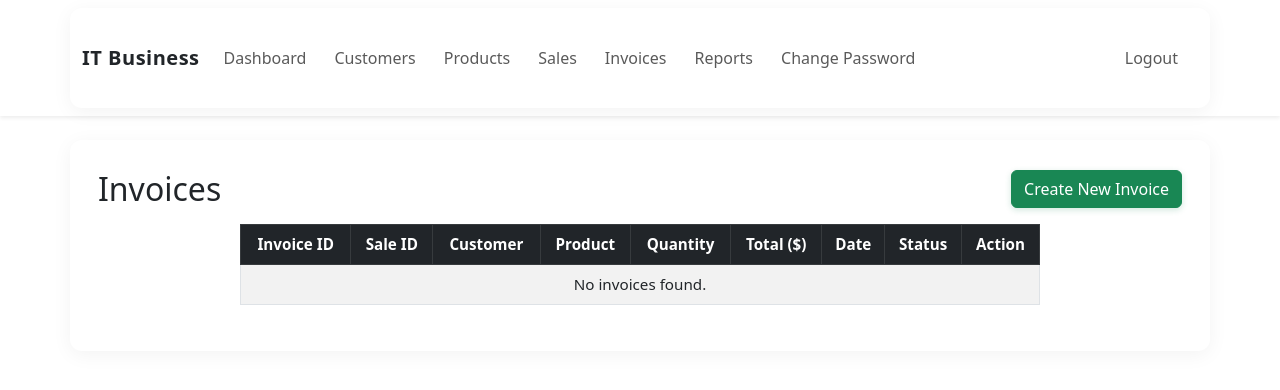
Repository: asmsaifulislam/it_business
Page: http://localhost/invoice
An editor plug-in stored every save of this project. The page is shown before and after a run of saves, followed by the edit.
The browser window is 1280 px wide. The pictures show the whole page.
The page is served by the project's application, run on Flask 3 (app.py). The session is filled in as if someone had signed in: {"user_id": 1}. Other server files are loaded and not shown. Queries for data that is not in the repository find no rows.

Above is the page before, as saved 2025-09-07 22:49:46.

### templates/invoice.html
{% extends 'base.html' %}

{% block content %}
<!-- Header and Button Row -->
<div class="d-flex justify-content-between align-items-center mb-3 px-3">
    <h2 class="mb-0">Invoices</h2>
    <a href="{{ url_for('create_invoice') }}" class="btn btn-success">Create New Invoice</a>
</div>

<!-- Responsive Table -->
<div class="table-responsive">
    <table class="table table-bordered table-hover table-striped text-center">
        <thead class="table-dark">
            <tr>
                <th>Invoice ID</th>
                <th>Sale ID</th>
                <th>Customer</th>
                <th>Product</th>
                <th>Quantity</th>
                <th>Total ($)</th>
                <th>Date</th>
                <th>Status</th>
                <th>Action</th>
            </tr>
        </thead>
        <tbody>
            {% for invoice in invoices %}
            <tr>
                <td>{{ invoice.id }}</td>
                <td>{{ invoice.sale.id if invoice.sale else 'N/A' }}</td>
                <td>{{ invoice.sale.customer.name if invoice.sale and invoice.sale.customer else 'N/A' }}</td>
                <td>{{ invoice.sale.product.name if invoice.sale and invoice.sale.product else 'N/A' }}</td>
                <td>{{ invoice.sale.quantity if invoice.sale else 'N/A' }}</td>
                <td>${{ "%.2f"|format(invoice.sale.total) if invoice.sale else '0.00' }}</td>
                <td>{{ invoice.date_created.strftime('%Y-%m-%d %H:%M') }}</td>
                <td>
                    {% if invoice.status == 'Paid' %}
                        <span class="badge bg-success">Paid</span>
                    {% else %}
                        <span class="badge bg-warning text-dark">Unpaid</span>
                    {% endif %}
                </td>
                <td>
                    {% if invoice.status != 'Paid' and invoice.sale %}
                        <form action="{{ url_for('generate_invoice', sale_id=invoice.sale.id) }}" method="post" style="display:inline;">
                            <button type="submit" class="btn btn-primary btn-sm">Generate Invoice</button>
                        </form>
                    {% else %}
                        <button class="btn btn-secondary btn-sm" disabled>Already Paid</button>
                    {% endif %}
                </td>
            </tr>
            {% else %}
            <tr>
                <td colspan="9">No invoices found.</td>
            </tr>
            {% endfor %}
        </tbody>
    </table>
</div>
{% endblock %}

### templates/base.html
<!DOCTYPE html>
<html lang="en">
<head>
    <meta charset="UTF-8">
    <title>IT Business Management Tool</title>
    <meta name="viewport" content="width=device-width, initial-scale=1">

    <!-- Custom Styles -->
    <link rel="stylesheet" href="{{ url_for('static', filename='style.css') }}">

    <!-- Bootstrap CSS -->
    <link href="https://cdn.jsdelivr.net/npm/bootstrap@5.3.0/dist/css/bootstrap.min.css" rel="stylesheet">
</head>
<body>
    <!-- Navbar -->
    <nav class="navbar navbar-expand-lg shadow-sm mb-4" style="background-color: #ffffff;">
        <div class="container">
            <a class="navbar-brand text-dark" href="{{ url_for('dashboard') }}">IT Business</a>
            <button class="navbar-toggler" type="button" data-bs-toggle="collapse" data-bs-target="#navbarNav">
                <span class="navbar-toggler-icon"></span>
            </button>
            <div class="collapse navbar-collapse justify-content-between" id="navbarNav">
                <ul class="navbar-nav">
                    <li class="nav-item"><a class="nav-link" href="{{ url_for('dashboard') }}">Dashboard</a></li>
                    <li class="nav-item"><a class="nav-link" href="{{ url_for('customers') }}">Customers</a></li>
                    <li class="nav-item"><a class="nav-link" href="{{ url_for('products') }}">Products</a></li>
                    <li class="nav-item"><a class="nav-link" href="{{ url_for('sales') }}">Sales</a></li>
                    <li class="nav-item"><a class="nav-link" href="{{ url_for('invoice') }}">Invoices</a></li>
                    <li class="nav-item"><a class="nav-link" href="{{ url_for('reports') }}">Reports</a></li>
                    <li class="nav-item"><a class="nav-link" href="{{ url_for('change_password') }}">Change Password</a></li>
                </ul>
                <ul class="navbar-nav">
                    {% if session.get('user_id') %}
                        <li class="nav-item"><a class="nav-link" href="{{ url_for('logout') }}">Logout</a></li>
                    {% else %}
                        <li class="nav-item"><a class="nav-link" href="{{ url_for('login') }}">Login</a></li>
                    {% endif %}
                </ul>
            </div>
        </div>
    </nav>

    <!-- Flash Messages -->
    <div class="container">
        {% with messages = get_flashed_messages() %}
            {% if messages %}
                <div class="alert alert-warning text-center fade-in">
                    {% for message in messages %}
                        <div>{{ message }}</div>
                    {% endfor %}
                </div>
            {% endif %}
        {% endwith %}

        <!-- Page Content -->
        {% block content %}{% endblock %}
    </div>

    <!-- Bootstrap JS -->
    <script src="https://cdn.jsdelivr.net/npm/bootstrap@5.3.0/dist/js/bootstrap.bundle.min.js"></script>
</body>
</html>

### app.py
# -------------------- Core Imports --------------------
import os
from flask import Flask, render_template, redirect, url_for, request, flash, session
from flask_sqlalchemy import SQLAlchemy
from flask_migrate import Migrate
from werkzeug.security import generate_password_hash, check_password_hash
from dotenv import load_dotenv
from datetime import datetime
from forms import InvoiceForm

# -------------------- Load Environment Variables --------------------
load_dotenv()

# -------------------- Config --------------------
class Config:
    SQLALCHEMY_DATABASE_URI = os.getenv('DATABASE_URL', 'sqlite:///site.db')
    SECRET_KEY = os.getenv('SECRET_KEY', 'fallback_secret')
    SQLALCHEMY_TRACK_MODIFICATIONS = False

# -------------------- App Initialization --------------------
app = Flask(__name__)
app.config.from_object(Config)

# -------------------- Database --------------------
db = SQLAlchemy(app)
migrate = Migrate(app, db)

# -------------------- Models --------------------
class User(db.Model):
    id = db.Column(db.Integer, primary_key=True)
    username = db.Column(db.String(120), unique=True, nullable=False)
    password = db.Column(db.String(512), nullable=False)

class Customer(db.Model):
    id = db.Column(db.Integer, primary_key=True)
    name = db.Column(db.String(120), nullable=False)
    email = db.Column(db.String(120), nullable=True)
    mobile = db.Column(db.String(20), nullable=True)  # ✅ added


class Product(db.Model):
    id = db.Column(db.Integer, primary_key=True)
    name = db.Column(db.String(120), nullable=False)
    price = db.Column(db.Float, nullable=False)
    stock = db.Column(db.Integer, default=0)
    onboard_date = db.Column(db.Date, default=datetime.utcnow)

class Sale(db.Model):
    id = db.Column(db.Integer, primary_key=True)
    customer_id = db.Column(db.Integer, db.ForeignKey('customer.id'), nullable=False)
    product_id = db.Column(db.Integer, db.ForeignKey('product.id'), nullable=False)
    quantity = db.Column(db.Integer, nullable=False)
    total = db.Column(db.Float, nullable=False)
    updated_at = db.Column(db.DateTime, default=datetime.utcnow, onupdate=datetime.utcnow)  # for Date column

    # Relationships
    customer = db.relationship('Customer', backref=db.backref('sales', lazy=True))
    product = db.relationship('Product', backref=db.backref('sales', lazy=True))


class Invoice(db.Model):
    id = db.Column(db.Integer, primary_key=True)
    sale_id = db.Column(db.Integer, db.ForeignKey('sale.id'), nullable=False)
    status = db.Column(db.String(20), default='Unpaid')

# -------------------- One-Time Admin Creation --------------------
with app.app_context():
    db.create_all()
    if not User.query.filter_by(username='admin').first():
        admin = User(username='admin', password=generate_password_hash('admin123'))
        db.session.add(admin)
        db.session.commit()





# -------------------- Form Imports --------------------
from forms import (
    LoginForm,
    ChangePasswordForm,
    UpdateAccountForm,
    CustomerForm,
    ProductForm,
    SaleForm,
    InvoiceForm
)

# -------------------- Auth Routes --------------------
@app.route('/login', methods=['GET', 'POST'])
def login():
    form = LoginForm()
    if form.validate_on_submit():
        user = User.query.filter_by(username=form.username.data).first()
        if user and check_password_hash(user.password, form.password.data):
            session['user_id'] = user.id
            return redirect(url_for('dashboard'))
        else:
            flash('Invalid credentials')
    return render_template('login.html', form=form)

@app.route('/logout')
def logout():
    session.pop('user_id', None)
    return redirect(url_for('login'))

# -------------------- Change Password --------------------
@app.route('/change-password', methods=['GET', 'POST'])
def change_password():
    if 'user_id' not in session:
        return redirect(url_for('login'))
    form = ChangePasswordForm()
    user = User.query.get(session['user_id'])
    if form.validate_on_submit():
        if not check_password_hash(user.password, form.current_password.data):
            flash('Current password is incorrect')
        else:
            user.password = generate_password_hash(form.new_password.data)
            db.session.commit()
            flash('Password updated successfully')
            return redirect(url_for('dashboard'))
    return render_template('change_password.html', form=form)

# -------------------- Update Account --------------------
@app.route('/update-account', methods=['GET', 'POST'])
def update_account():
    if 'user_id' not in session:
        return redirect(url_for('login'))
    form = UpdateAccountForm()
    user = User.query.get(session['user_id'])
    if form.validate_on_submit():
        if not check_password_hash(user.password, form.current_password.data):
            flash('Current password is incorrect')
        else:
            user.username = form.username.data
            user.password = generate_password_hash(form.new_password.data)
            db.session.commit()
            flash('Account updated successfully')
            return redirect(url_for('dashboard'))
    return render_template('update_account.html', form=form)

# -------------------- Add Product --------------------
@app.route('/add-product', methods=['GET', 'POST'])
def add_product():
    form = ProductForm()
    if form.validate_on_submit():
        new_product = Product(
            name=form.name.data,
            price=form.price.data,
            stock=form.stock.data,
            onboard_date=form.onboard_date.data
        )
        db.session.add(new_product)
        db.session.commit()
        flash('✅ Product added successfully', 'success')
        return redirect(url_for('products'))
    return render_template('add_product.html', form=form)

# -------------------- Record Sale --------------------
@app.route('/record-sale', methods=['GET', 'POST'])
def record_sale():
    if 'user_id' not in session:
        return redirect(url_for('login'))
    form = SaleForm()
    form.customer_id.choices = [(c.id, c.name) for c in Customer.query.all()]
    form.product_id.choices = [(p.id, p.name) for p in Product.query.all()]
    if form.validate_on_submit():
        product = Product.query.get(form.product_id.data)
        total = product.price * form.quantity.data
        new_sale = Sale(
            customer_id=form.customer_id.data,
            product_id=form.product_id.data,
            quantity=form.quantity.data,
            total=total
        )
        db.session.add(new_sale)
        db.session.commit()
        flash('Sale recorded successfully')
        return redirect(url_for('sales'))
    return render_template('record_sale.html', form=form)

# -------------------- Create Invoice --------------------
@app.route('/create_invoice', methods=['GET', 'POST'])
def create_invoice():
    if 'user_id' not in session:
        return redirect(url_for('login'))

    form = InvoiceForm()
    sales = Sale.query.all()
    form.sale_id.choices = [(s.id, f"{s.customer.name} - {s.product.name}") for s in sales]

    if form.validate_on_submit():
        sale = Sale.query.get(form.sale_id.data)
        if not sale:
            flash("Sale not found.", "danger")
            return redirect(url_for('create_invoice'))

        new_invoice = Invoice(
            sale_id=sale.id,
            customer=sale.customer.name,
            product=sale.product.name,
            quantity=sale.quantity,
            total=sale.total,
            status=form.status.data
        )
        db.session.add(new_invoice)
        db.session.commit()
        flash("Invoice created successfully!", "success")
        return redirect(url_for('invoice'))

    return render_template('create_invoice.html', form=form)

# -------------------- Generate Invoice --------------------

# -------------------- Mark Invoice as Paid --------------------
@app.route('/mark-paid/<int:invoice_id>', methods=['POST'])
def mark_paid(invoice_id):
    if 'user_id' not in session:
        return redirect(url_for('login'))
    invoice = Invoice.query.get_or_404(invoice_id)
    invoice.status = 'Paid'
    db.session.commit()
    flash('Invoice marked as paid.', 'success')
    return redirect(url_for('invoice'))

# -------------------- Dashboard --------------------
@app.route('/')
def dashboard():
    if 'user_id' not in session:
        return redirect(url_for('login'))
    stats = {
        'customers': Customer.query.count(),
        'products': Product.query.count(),
        'sales': Sale.query.count(),
        'invoices': Invoice.query.count()
    }
    return render_template('dashboard.html', stats=stats)

# -------------------- Customers --------------------
@app.route('/customers')
def customers():
    if 'user_id' not in session:
        return redirect(url_for('login'))
    all_customers = Customer.query.all()
    return render_template('customers.html', customers=all_customers)
#-----------------------add customer

@app.route('/add_customer', methods=['GET', 'POST'])
def add_customer():
    if request.method == 'POST':
        name = request.form['name']
        email = request.form['email']
        mobile = request.form.get('mobile')  # ✅ Use get() to avoid KeyError

        new_customer = Customer(name=name, email=email, mobile=mobile)
        db.session.add(new_customer)
        db.session.commit()
        return redirect(url_for('customers'))

    return render_template('add_customer.html')


# -------------------- Products --------------------
@app.route('/products')
def products():
    if 'user_id' not in session:
        return redirect(url_for('login'))
    all_products = Product.query.all()
    return render_template('products.html', products=all_products)

# -------------------- Sales --------------------
@app.route('/sales')
def sales():
    if 'user_id' not in session:
        return redirect(url_for('login'))
    all_sales = Sale.query.all()
    return render_template('sales.html', sales=all_sales)

# -------------------- Invoices --------------------
@app.route('/invoice')
def invoice():
    if 'user_id' not in session:
        return redirect(url_for('login'))

    # Fetch all invoices
    invoices = Invoice.query.all()

    # For each invoice, you can access sale details via the relationship:
    # invoice.sale.customer.name, invoice.sale.product.name, etc.

    return render_template('invoice.html', invoices=invoices)

# -------------------- Reports --------------------
@app.route('/reports')
def reports():
    if 'user_id' not in session:
        return redirect(url_for('login'))
    return render_template('reports.html')

# -------------------- Sales Report --------------------
@app.route('/sales-report')
def sales_report_view():
    if 'user_id' not in session:
        return redirect(url_for('login'))
    total_sales = Sale.query.count()
    total_revenue = db.session.query(db.func.sum(Sale.total)).scalar() or 0
    top_product = db.session.query(Product.name, db.func.sum(Sale.quantity))\
        .join(Sale, Product.id == Sale.product_id)\
        .group_by(Product.name)\
        .order_by(db.func.sum(Sale.quantity).desc())\
        .first()
    return render_template('sales_report.html', total_sales=total_sales, total_revenue=total_revenue,
                           top_product=top_product[0] if top_product else "N/A")

# -------------------- Customer Report --------------------
@app.route('/customer-report')
def customer_report():
    if 'user_id' not in session:
        return redirect(url_for('login'))
    total_customers = Customer.query.count()
    recent_customers = Customer.query.order_by(Customer.id.desc()).limit(5).all()
    return render_template('customer_report.html', total_customers=total_customers,
                           recent_customers=recent_customers)

# -------------------- Product Report --------------------
@app.route('/product-report')
def product_report():
    if 'user_id' not in session:
        return redirect(url_for('login'))
    total_products = Product.query.count()
    low_stock = Product.query.filter(Product.stock < 10).all()
    return render_template('product_report.html', total_products=total_products, low_stock=low_stock)

# -------------------- Invoice Report --------------------
@app.route('/invoice-report')
def invoice_report():
    if 'user_id' not in session:
        return redirect(url_for('login'))
    total_invoices = Invoice.query.count()
    paid = Invoice.query.filter_by(status='Paid').count()
    unpaid = Invoice.query.filter_by(status='Unpaid').count()
    overdue = Invoice.query.filter_by(status='Overdue').count()
    return render_template('invoice_report.html', total_invoices=total_invoices,
                           paid=paid, unpaid=unpaid, overdue=overdue)

# -------------------- Run --------------------
if __name__ == '__main__':
    app.run(debug=True)

### static/style.css
/* Base Reset */
body {
    margin: 0;
    padding: 0;
    font-family: 'Segoe UI', Tahoma, Geneva, Verdana, sans-serif;
    background-color: #f4f6f9;
    color: #212529;
    text-align: center;
}

/* Navbar */
nav.navbar {
    background-color: #ffffff;
    box-shadow: 0 2px 4px rgba(0, 0, 0, 0.1);
    transition: box-shadow 0.3s ease;
}

nav.navbar:hover {
    box-shadow: 0 4px 12px rgba(0, 0, 0, 0.15);
}

.navbar-brand {
    font-weight: bold;
    font-size: 1.5rem;
    letter-spacing: 0.5px;
    color: #2c3e50;
}

.nav-link {
    font-size: 1rem;
    margin-right: 12px;
    position: relative;
    color: #2c3e50;
    transition: color 0.3s ease;
}

.nav-link::after {
    content: '';
    position: absolute;
    left: 0;
    bottom: -4px;
    width: 0%;
    height: 2px;
    background-color: #198754;
    transition: width 0.3s ease;
}

.nav-link:hover {
    color: #198754;
}

.nav-link:hover::after {
    width: 100%;
}

/* Container */
.container {
    padding: 30px 20px;
    max-width: 960px;
    margin: 0 auto;
    background-color: #ffffff;
    border-radius: 12px;
    box-shadow: 0 4px 20px rgba(0, 0, 0, 0.05);
    transform-style: preserve-3d;
    perspective: 1000px;
    animation: fadeInUp 0.6s ease forwards;
}

/* Headings */
h2 {
    font-weight: 600;
    color: #2c3e50;
    margin-bottom: 30px;
    transform: translateZ(20px);
}

/* Tables */
table {
    font-size: 0.95rem;
    margin: 0 auto;
    width: 100%;
    max-width: 800px;
    border-collapse: collapse;
    transition: transform 0.3s ease;
}

.table th {
    background-color: #2c3e50;
    color: white;
    text-align: center;
    padding: 12px;
}

.table td {
    vertical-align: middle;
    text-align: center;
    padding: 10px;
    background-color: #ffffff;
}

.table tbody tr {
    transition: background-color 0.3s ease, transform 0.3s ease;
}

.table tbody tr:hover {
    background-color: #f0f8ff;
    transform: scale(1.01) translateZ(10px);
}

/* Buttons */
.btn {
    font-weight: 500;
    padding: 10px 18px;
    border-radius: 6px;
    font-size: 0.95rem;
    background-color: #198754;
    color: white;
    transition: all 0.3s ease;
    box-shadow: 0 2px 6px rgba(25, 135, 84, 0.2);
}

.btn:hover {
    transform: translateY(-2px) scale(1.05);
    box-shadow: 0 6px 16px rgba(25, 135, 84, 0.3);
    background-color: #157347;
}

/* Cards */
.card {
    box-shadow: 0 2px 8px rgba(0, 0, 0, 0.08);
    border: none;
    text-align: center;
    border-radius: 8px;
    transition: transform 0.3s ease, box-shadow 0.3s ease;
}

.card:hover {
    transform: rotateX(3deg) rotateY(3deg);
    box-shadow: 0 6px 16px rgba(0, 0, 0, 0.1);
}

.card-header {
    font-weight: 600;
    font-size: 1.1rem;
}

/* Alerts */
.alert {
    font-size: 0.9rem;
    max-width: 600px;
    margin: 0 auto 20px;
    animation: fadeInUp 0.5s ease forwards;
}

/* Forms */
form {
    max-width: 500px;
    margin: 0 auto;
    text-align: left;
    background-color: #ffffff;
    padding: 30px;
    border-radius: 8px;
    box-shadow: 0 0 10px rgba(0, 0, 0, 0.05);
    animation: fadeInUp 0.6s ease forwards;
}

.form-label {
    font-weight: 500;
    margin-bottom: 6px;
}

.form-control {
    border-radius: 4px;
    font-size: 0.95rem;
    padding: 10px;
    margin-bottom: 15px;
    transition: box-shadow 0.3s ease;
}

.form-control:focus {
    box-shadow: 0 0 8px rgba(25, 135, 84, 0.3);
    border-color: #198754;
}

/* Badges */
.badge {
    font-size: 0.85rem;
    padding: 6px 10px;
    border-radius: 4px;
}

/* Animations */
@keyframes fadeInUp {
    from {
        opacity: 0;
        transform: translateY(20px);
    }
    to {
        opacity: 1;
        transform: translateY(0);
    }
}

/* Responsive Enhancements */
@media (max-width: 768px) {
    .container {
        padding: 20px 10px;
    }

    form {
        padding: 20px;
    }

    .btn {
        width: 100%;
    }

    h2 {
        font-size: 1.4rem;
    }
}

After the next 2 saves:
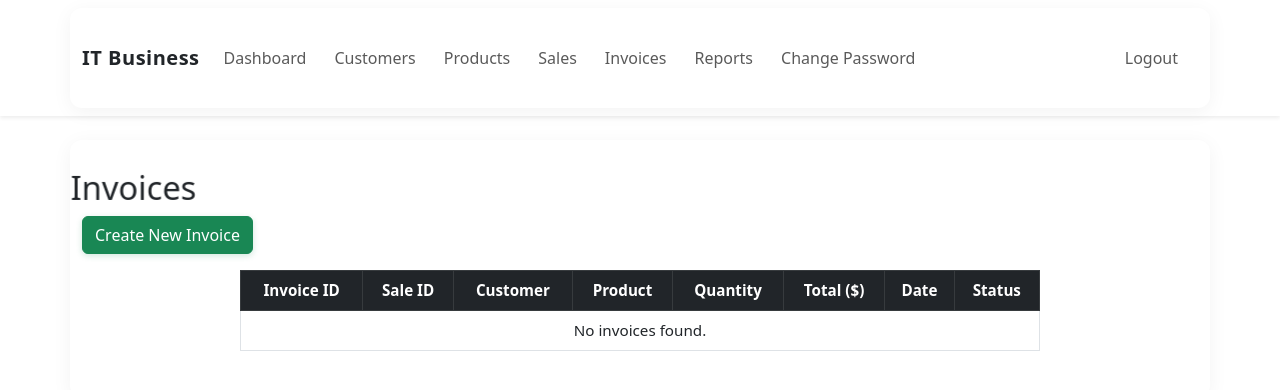
The 2 saves are shown as one change because they came seconds apart.
The last was saved 83 s later.
--- a/templates/invoice.html
+++ b/templates/invoice.html
@@ -1,15 +1,11 @@
 {% extends 'base.html' %}
 
 {% block content %}
-<!-- Header and Button Row -->
-<div class="d-flex justify-content-between align-items-center mb-3 px-3">
-    <h2 class="mb-0">Invoices</h2>
-    <a href="{{ url_for('create_invoice') }}" class="btn btn-success">Create New Invoice</a>
-</div>
+<h2>Invoices</h2>
+<a href="{{ url_for('create_invoice') }}" class="btn btn-success mb-3">Create New Invoice</a>
 
-<!-- Responsive Table -->
 <div class="table-responsive">
-    <table class="table table-bordered table-hover table-striped text-center">
+    <table class="table table-bordered table-hover text-center">
         <thead class="table-dark">
             <tr>
                 <th>Invoice ID</th>
@@ -20,40 +16,22 @@
                 <th>Total ($)</th>
                 <th>Date</th>
                 <th>Status</th>
-                <th>Action</th>
             </tr>
         </thead>
         <tbody>
             {% for invoice in invoices %}
             <tr>
                 <td>{{ invoice.id }}</td>
-                <td>{{ invoice.sale.id if invoice.sale else 'N/A' }}</td>
-                <td>{{ invoice.sale.customer.name if invoice.sale and invoice.sale.customer else 'N/A' }}</td>
-                <td>{{ invoice.sale.product.name if invoice.sale and invoice.sale.product else 'N/A' }}</td>
-                <td>{{ invoice.sale.quantity if invoice.sale else 'N/A' }}</td>
-                <td>${{ "%.2f"|format(invoice.sale.total) if invoice.sale else '0.00' }}</td>
+                <td>{{ invoice.sale_id }}</td>
+                <td>{{ invoice.customer }}</td>
+                <td>{{ invoice.product }}</td>
+                <td>{{ invoice.quantity }}</td>
+                <td>${{ "%.2f"|format(invoice.total) }}</td>
                 <td>{{ invoice.date_created.strftime('%Y-%m-%d %H:%M') }}</td>
-                <td>
-                    {% if invoice.status == 'Paid' %}
-                        <span class="badge bg-success">Paid</span>
-                    {% else %}
-                        <span class="badge bg-warning text-dark">Unpaid</span>
-                    {% endif %}
-                </td>
-                <td>
-                    {% if invoice.status != 'Paid' and invoice.sale %}
-                        <form action="{{ url_for('generate_invoice', sale_id=invoice.sale.id) }}" method="post" style="display:inline;">
-                            <button type="submit" class="btn btn-primary btn-sm">Generate Invoice</button>
-                        </form>
-                    {% else %}
-                        <button class="btn btn-secondary btn-sm" disabled>Already Paid</button>
-                    {% endif %}
-                </td>
+                <td>{{ invoice.status }}</td>
             </tr>
             {% else %}
-            <tr>
-                <td colspan="9">No invoices found.</td>
-            </tr>
+            <tr><td colspan="8">No invoices found.</td></tr>
             {% endfor %}
         </tbody>
     </table>
